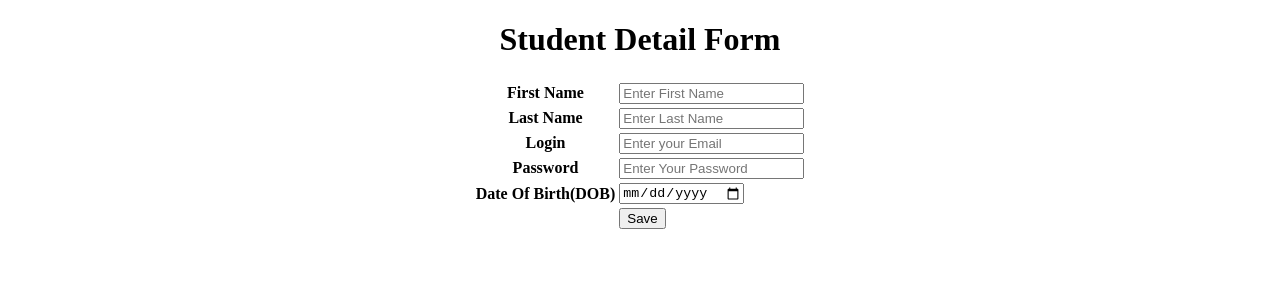
Repository: Abhi070717/Advance-Java
Page: http://localhost/jsp-servlet/UserForm.jsp
These files come from the project's save history. The page is drawn as it stood at one moment and after the next save; the edit follows.
The browser window is 1280 px wide. The pictures show the whole page.
The page is served by Tomcat 9. Other server files are loaded and not shown.

Above is the page before, as saved 2026-01-21 10:32:27.

### Jsp-servlet/jsp-servlet/WebContent/UserForm.jsp
<%@ page language="java" contentType="text/html; charset=ISO-8859-1"
	pageEncoding="ISO-8859-1"%>
<!DOCTYPE html>
<html>
<head>
<meta charset="ISO-8859-1">
<title>Student Form</title>
<style>
.eye {
	cursor: pointer;
	margin-left: 5px;
}
</style>
<link rel="stylesheet"
	href="https://cdnjs.cloudflare.com/ajax/libs/font-awesome/6.5.0/css/all.min.css">
<script>
	function togglePassword() {
		var pwd = document.getElementById("password");
		if (pwd.type === "password") {
			pwd.type = "text";
		} else {
			pwd.type = "password";
		}
	}
</script>
</head>
<body>

	<div align="center">

		<form>
			<h1>Student Detail Form</h1>
			<table>
				<tr>
					<th>First Name</th>
					<td><input type="text" name="firstName" value=""
						placeholder="Enter First Name"></td>
				</tr>
				<tr>
					<th>Last Name</th>
					<td><input type="text" name="lastName" value=""
						placeholder="Enter Last Name"></td>
				</tr>
				<tr>
					<th>Login</th>
					<td><input type="email" name="login" value=""
						placeholder="Enter your Email"></td>
				</tr>
				<tr>
					<th>Password</th>
					<td><input type="password" id="password" name="password"
						placeholder="Enter Your Password"> </td>
				</tr>

				<tr>
					<th>Date Of Birth(DOB)</th>
					<td><input type="date" name="DOB" value=""></td>
				</tr>
				<tr>
					<th></th>
					<td><input type="Submit" name="operation" value="Save"></td>
				</tr>
			</table>

		</form>

	</div>

</body>
</html>

After the next save:
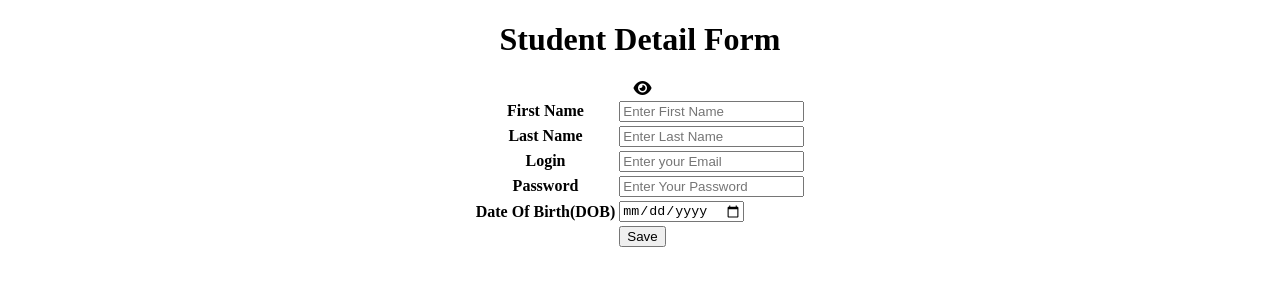
Saved 2 min 13 s later.
--- a/Jsp-servlet/jsp-servlet/WebContent/UserForm.jsp
+++ b/Jsp-servlet/jsp-servlet/WebContent/UserForm.jsp
@@ -49,7 +49,8 @@
 				<tr>
 					<th>Password</th>
 					<td><input type="password" id="password" name="password"
-						placeholder="Enter Your Password"> </td>
+						placeholder="Enter Your Password"> </td><span class="eye"
+						onclick="togglePassword()"><i class="fa fa-eye"></i></span>
 				</tr>
 
 				<tr>
